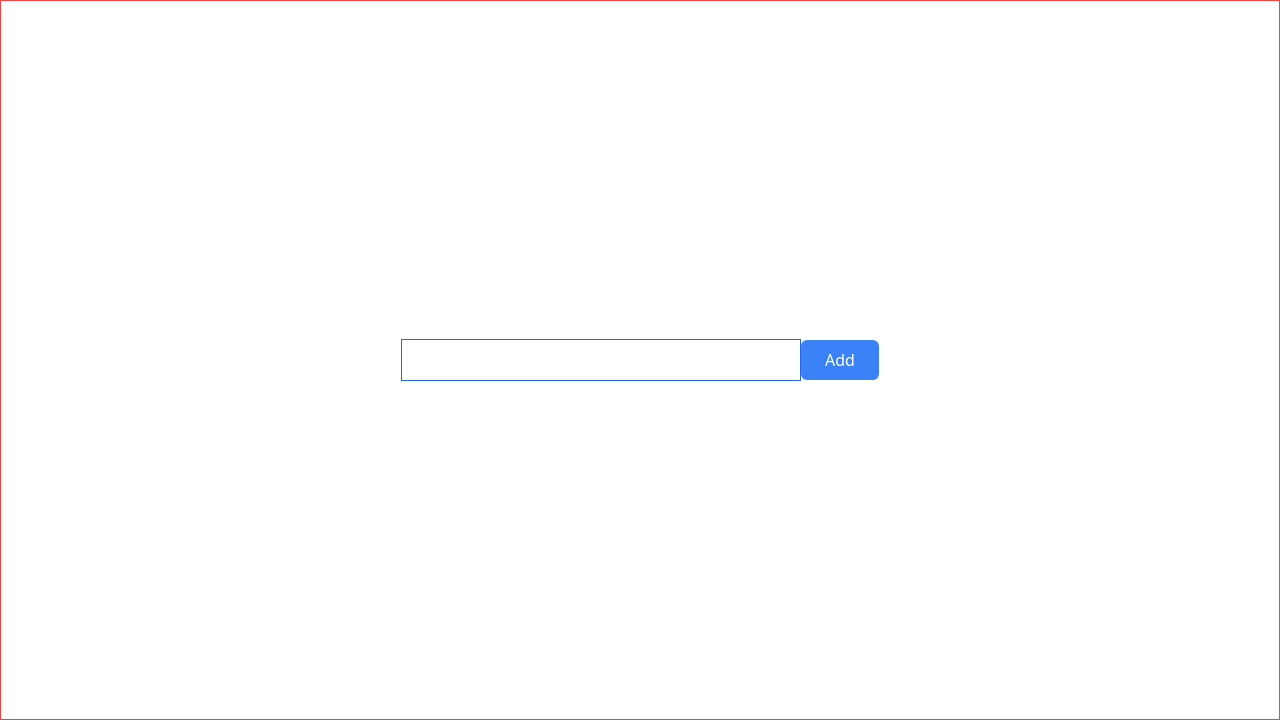
Repository: HoaHoang25092001/TODOLIST_MP3
Page: /
An editor plug-in stored every save of this project. The page is shown before and after the next save, followed by the edit.
The browser window is 1280 px wide. The pictures show the whole page.
The project was rebuilt for these pictures with package versions that can differ from the ones it lists, and the page was loaded fresh each time.

Above is the page before, as saved 2023-05-07 16:40:51.

### src/App.js
function App() {
  return (
    <div className="App">
    <div className="flex h-screen items-center border border-red-500 justify-center">
      <input
      type="text"
      className="outline-none border border-blue-600 px-4 py-2 w-[400px]"
      />
      <button
      type="button"
      className="outline-none px-6 py-2 bg-blue-500 rounded-md text-white"
      >
      Add
      </button>
    </div>
    </div>
  );
}

export default App;

### tailwind.config.js
/** @type {import('tailwindcss').Config} */
module.exports = {
  content: ["./src/**/*.{html,js}", "./public/index.html"],
  theme: {
    extend: {},
  },
  plugins: [],
}

Loaded but not shown: public/index.html (common file); src/index.js (common file); src/index.css (common file); src/reportWebVitals.js (common file)

After the next save:
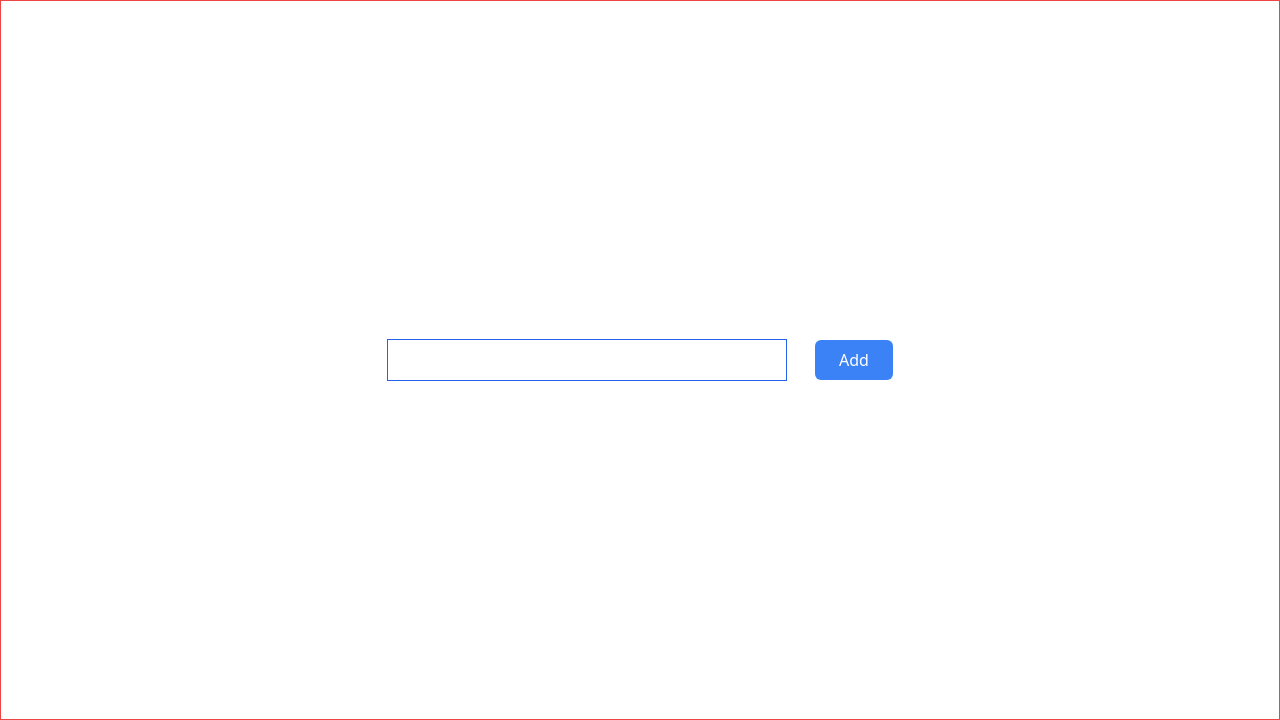
Saved 18 s later.
--- a/src/App.js
+++ b/src/App.js
@@ -1,7 +1,7 @@
 function App() {
   return (
     <div className="App">
-    <div className="flex h-screen items-center border border-red-500 justify-center">
+    <div className="flex h-screen gap-7 items-center border border-red-500 justify-center">
       <input
       type="text"
       className="outline-none border border-blue-600 px-4 py-2 w-[400px]"
